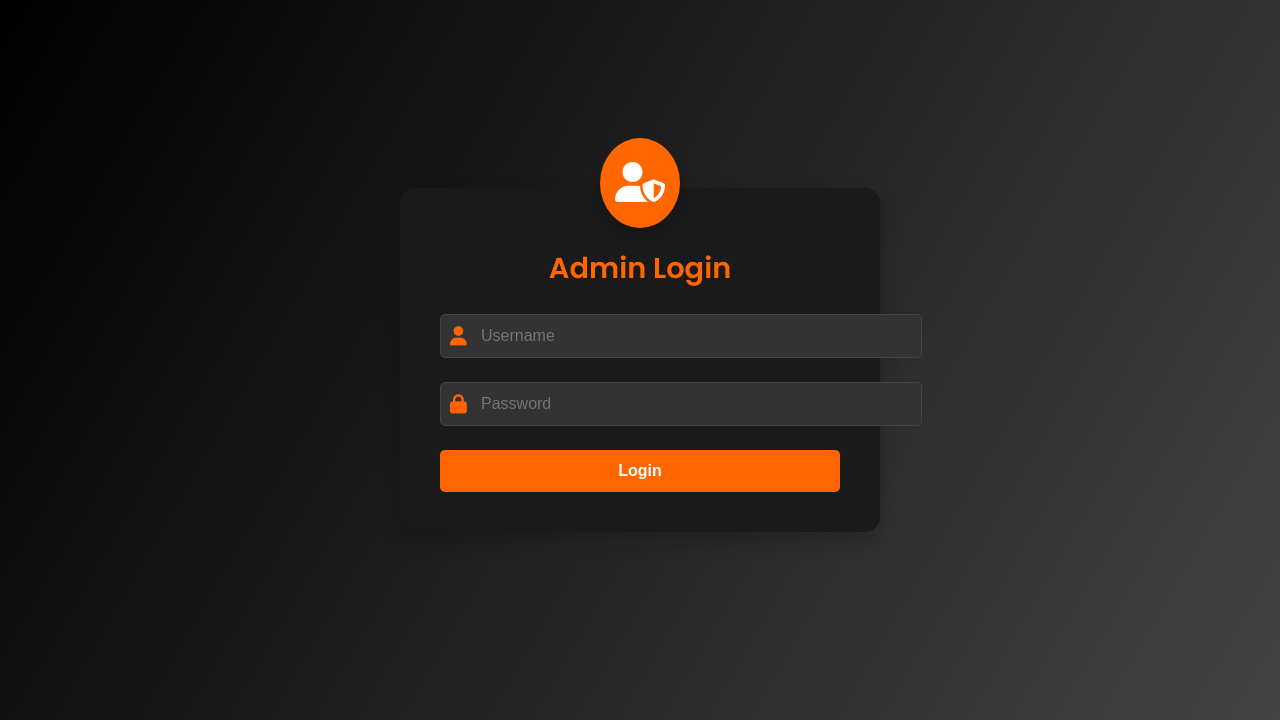
Repository: Syed1818/project
Page: http://localhost/admin_login.php
These files come from the project's save history. The page is drawn as it stood at one moment and after the next save; the edit follows.
The browser window is 1280 px wide. The pictures show the whole page.
The page is run by PHP 8.4 with error messages shown; the project is at /var/www/html/.

Above is the page before, as saved 2024-12-07 17:11:43.

After the next save:
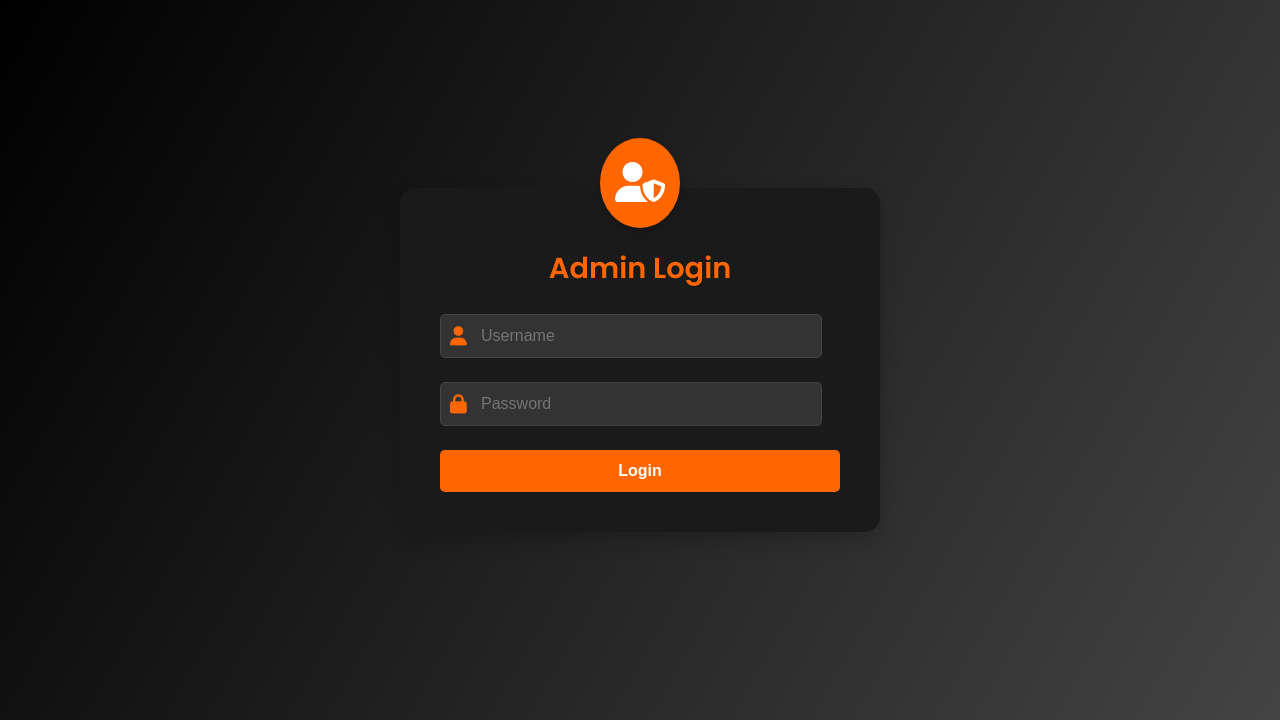
Saved 18 s later.
--- a/admin_login.php
+++ b/admin_login.php
@@ -68,7 +68,7 @@
 
         .input-container input,
         .input-container textarea {
-            width: 100%;
+            width: 300px;
             padding: 0.75rem 2.5rem;
             border: 1px solid #444444;
             border-radius: 5px;
